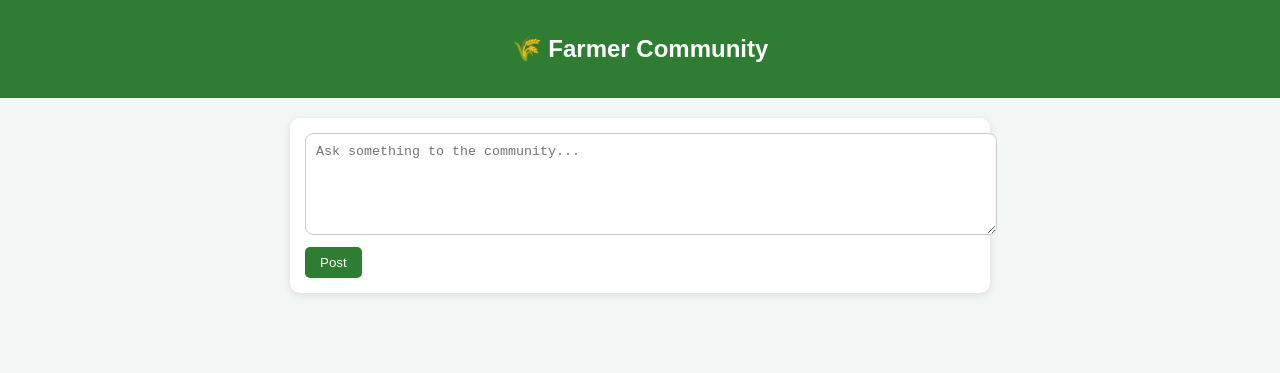
Repository: Desterhub/Agrogyanchatgpt
Page: agrogyan-gpt-main/frontend/community.html
These files come from the project's save history. The page is drawn as it stood at one moment and after the next save; the edit follows.
The browser window is 1280 px wide. The pictures show the whole page.
The page's requests for data from a server got no answer.

Above is the page before, as saved 2026-03-11 18:51:38.

### agrogyan-gpt-main/frontend/community.html
<!DOCTYPE html>
<html>

<head>
<title>Farmer Community</title>

<style>

body{
font-family:Arial;
background:#f2f6f4;
margin:0;
}

.header{
background:#2e7d32;
color:white;
padding:15px;
text-align:center;
}

.container{
width:700px;
margin:auto;
margin-top:20px;
}

.post-box{
background:white;
padding:15px;
border-radius:10px;
box-shadow:0px 2px 8px rgba(0,0,0,0.1);
}

textarea{
width:100%;
height:80px;
padding:10px;
border-radius:8px;
border:1px solid #ccc;
}

button{
background:#2e7d32;
color:white;
border:none;
padding:8px 15px;
border-radius:5px;
cursor:pointer;
margin-top:8px;
}

.post{
background:white;
margin-top:20px;
padding:15px;
border-radius:10px;
box-shadow:0px 2px 6px rgba(0,0,0,0.1);
}

.actions button{
background:#eee;
color:black;
margin-right:5px;
}

.timestamp{
font-size:12px;
color:gray;
margin-top:5px;
}

.comment{
background:#f0f0f0;
padding:6px;
margin-top:5px;
border-radius:5px;
}

</style>
</head>


<body>

<div class="header">
<h2>🌾 Farmer Community</h2>
</div>


<div class="container">

<div class="post-box">

<textarea id="postContent" placeholder="Ask something to the community..."></textarea>

<button onclick="createPost()">Post</button>

</div>

<div id="postsContainer"></div>

</div>


<script>

const API="http://127.0.0.1:8000";


async function createPost(){

let content=document.getElementById("postContent").value;

if(content.trim()==""){
alert("Write something first");
return;
}

await fetch(API+"/community/create-post",{
method:"POST",
headers:{
"Content-Type":"application/json"
},
body:JSON.stringify({
content:content,
user_id:1
})
});

document.getElementById("postContent").value="";

loadPosts();

}


async function loadPosts(){

let res=await fetch(API+"/community/posts");

let posts=await res.json();

let container=document.getElementById("postsContainer");

container.innerHTML="";

for(let post of posts){

let commentRes=await fetch(API+"/community/comments/"+post.id);
let comments=await commentRes.json();

let postDiv=document.createElement("div");

postDiv.className="post";

postDiv.innerHTML=`

<p>${post.content}</p>

<div class="timestamp">
${new Date(post.timestamp).toLocaleString()}
</div>

<div class="actions">

<button onclick="likePost(${post.id})">
👍 ${post.likes || 0}
</button>

<button onclick="dislikePost(${post.id})">
👎 ${post.dislikes || 0}
</button>

</div>

<div>

<input type="text" id="comment-${post.id}" placeholder="Write reply">

<button onclick="addComment(${post.id})">
Reply
</button>

</div>

<div id="comments-${post.id}">
${comments.map(c=>`<div class="comment">${c.text}</div>`).join("")}
</div>

`;

container.appendChild(postDiv);

}

}



async function likePost(id){

await fetch(API+"/community/like/"+id,{
method:"POST"
});

loadPosts();
}


async function dislikePost(id){

await fetch(API+"/community/dislike/"+id,{
method:"POST"
});

loadPosts();
}


async function addComment(id){

let text=document.getElementById("comment-"+id).value;

if(text.trim()=="") return;

await fetch(API+"/community/comment",{
method:"POST",
headers:{
"Content-Type":"application/json"
},
body:JSON.stringify({
post_id:id,
text:text
})
});

loadPosts();
}

loadPosts();

</script>

</body>
</html>

After the next save:
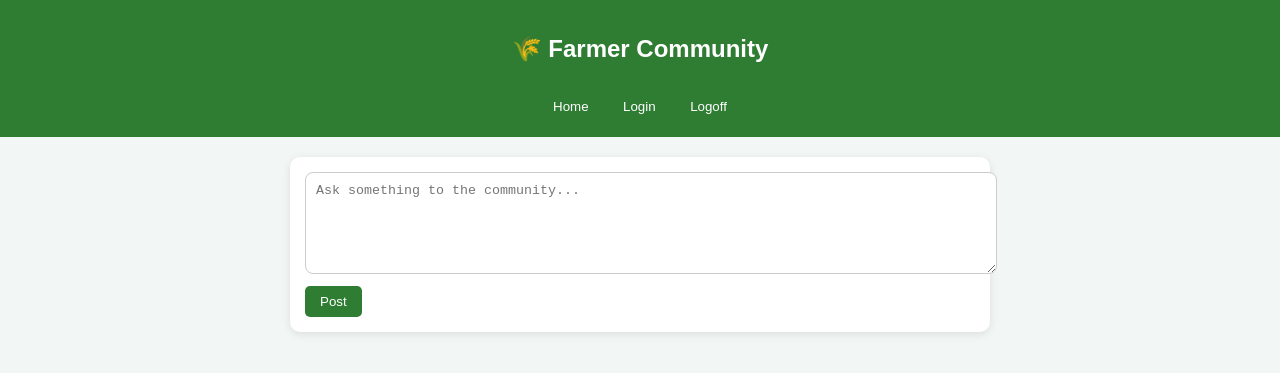
Saved 10 s later.
--- a/agrogyan-gpt-main/frontend/community.html
+++ b/agrogyan-gpt-main/frontend/community.html
@@ -84,7 +84,14 @@ border-radius:5px;
 <body>
 
 <div class="header">
-<h2>🌾 Farmer Community</h2>
+  <div class="header-top">
+    <h2>🌾 Farmer Community</h2>
+    <div class="nav-buttons">
+      <button onclick="goHome()">Home</button>
+      <button id="loginBtn" onclick="goLogin()">Login</button>
+      <button id="logoutBtn" onclick="logoff()">Logoff</button>
+    </div>
+  </div>
 </div>
 
 

After the save that followed:
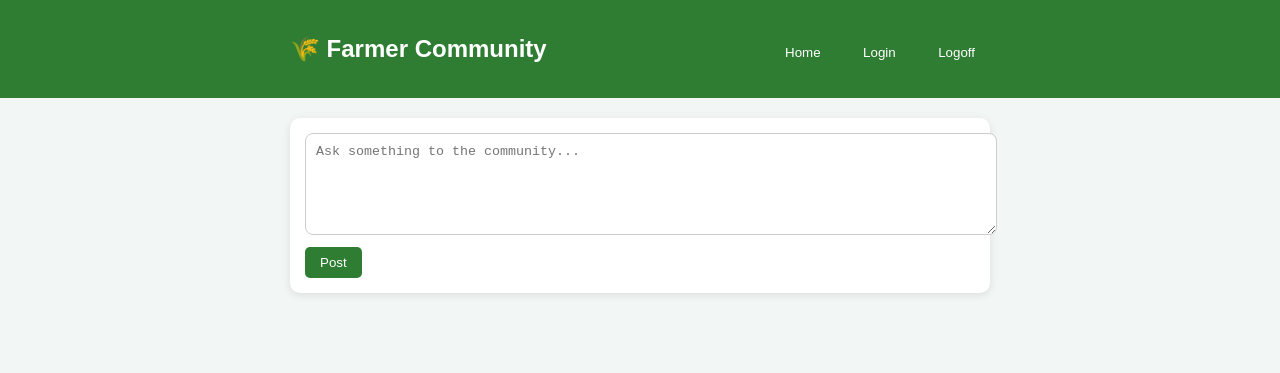
Saved 11 s later.
--- a/agrogyan-gpt-main/frontend/community.html
+++ b/agrogyan-gpt-main/frontend/community.html
@@ -16,7 +16,18 @@ margin:0;
 background:#2e7d32;
 color:white;
 padding:15px;
-text-align:center;
+}
+
+.header-top{
+display:flex;
+justify-content:space-between;
+align-items:center;
+max-width:700px;
+margin:auto;
+}
+
+.nav-buttons button{
+margin-left:8px;
 }
 
 .container{
